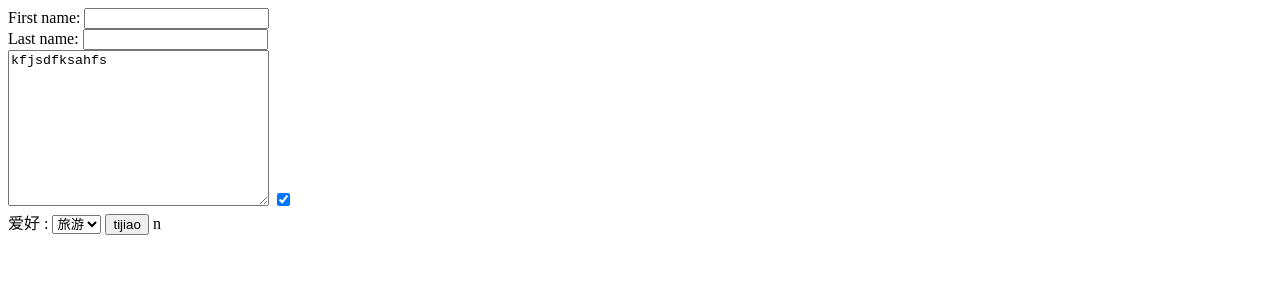
Repository: N1connys/person
Page: review.html
These files come from the project's save history. The page is drawn as it stood at one moment and after the next save; the edit follows.
The browser window is 1280 px wide. The pictures show the whole page.

Above is the page before, as saved 2023-02-20 21:23:29.

After the next save:
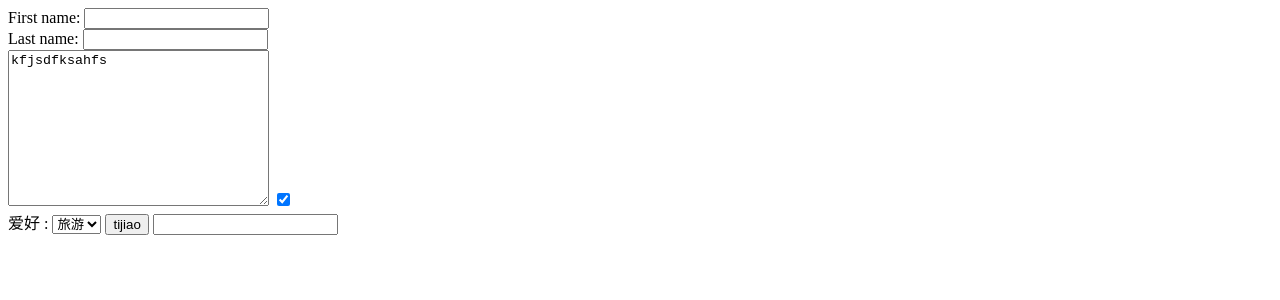
Saved 4 s later.
--- a/review.html
+++ b/review.html
@@ -24,7 +24,7 @@ Last name: <input type="password" name="lastname">
     <option value=" 购物 "> 购物 </option>
     </select>
     <input type="submit" value="tijiao">
-    <i></i>n
+    <input type="text" name="" id="">
 </form>
 
 
